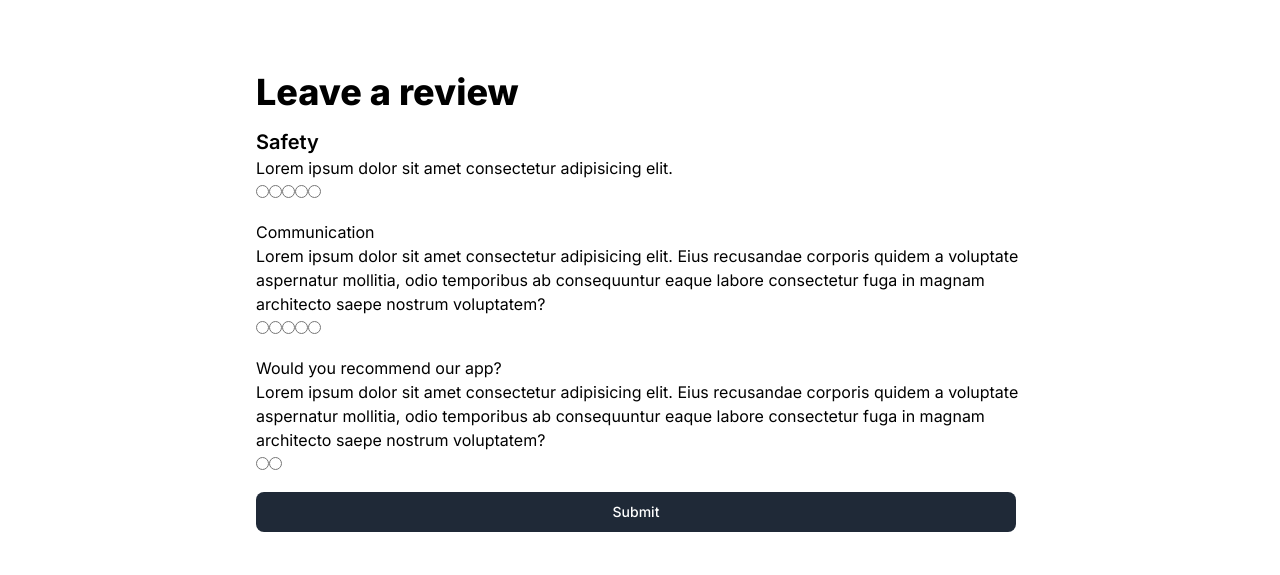
Repository: akankshaajoshi/review-form
Page: /review
These files come from the project's save history. The page is drawn as it stood at one moment and after the next save; the edit follows.
The browser window is 1280 px wide. The pictures show the whole page.
The project was rebuilt for these pictures with package versions that can differ from the ones it lists, and the page was loaded fresh each time. The framework's server and built-in components were replaced by stand-ins that run in the browser. Also part of the build but not shown: next.config.mjs.

Above is the page before, as saved 2024-05-25 12:34:48.

### app/(routes)/review/page.tsx
'use client'
import { useFormState, useFormStatus } from "react-dom";
import {createReview} from "@/app/actions"

const initialState = {
    message: null,
}

function SubmitButton(){
    const {pending} = useFormStatus();
    return (
        <button type="submit" className="text-white bg-gray-800 hover:bg-gray-900 focus:outline-none focus:ring-4 focus:ring-gray-300 font-medium rounded-lg text-sm px-5 py-2.5 me-2 mb-2 dark:bg-gray-800 dark:hover:bg-gray-700 dark:focus:ring-gray-700 dark:border-gray-700" aria-disabled={pending}>
            Submit
        </button>
    )
}

export default function Review(){
    const ratings = [1, 2, 3, 4, 5];
    const [state, formAction] = useFormState(createReview, initialState);
    return (
        <div className="flex flex-col items-center w-[100vw] h-[100vh]">
            <div className="flex flex-col gap-y-4 items-left mt-[10vh] h-[80vh] w-[60vw]">
            <h2 className="text-4xl font-extrabold">Leave a review</h2>
            {state?.message}
            <form action={formAction} className="flex flex-col gap-y-4">
                <fieldset>
                    <label htmlFor="safety" className="text-xl font-semibold">Safety</label>
                    <p>Lorem ipsum dolor sit amet consectetur adipisicing elit. </p>
                    {ratings.map((item, index) =>{
                        return (
                            <input key={index} type="radio" name="safety" id={item.toString()} value={item}/>
                        )
                    })}
                </fieldset>
                <fieldset>
                    <label htmlFor="communication">Communication</label>
                    <p>Lorem ipsum dolor sit amet consectetur adipisicing elit. Eius recusandae corporis quidem a voluptate aspernatur mollitia, odio temporibus ab consequuntur eaque labore consectetur fuga in magnam architecto saepe nostrum voluptatem?</p>
                    {ratings.map((item, index) =>{
                        return (
                            <input key={index} type="radio" name="communication" id={item.toString()} value={item}/>
                        )
                    })}
                </fieldset>
                <fieldset>
                    <label htmlFor="recommend">Would you recommend our app? </label>
                    <p>Lorem ipsum dolor sit amet consectetur adipisicing elit. Eius recusandae corporis quidem a voluptate aspernatur mollitia, odio temporibus ab consequuntur eaque labore consectetur fuga in magnam architecto saepe nostrum voluptatem?</p>
                    <input type="radio" name="recommend" id="true" value="true" />
                    <input type="radio" name="recommend" id="false" value="false"/>
                </fieldset>
                <SubmitButton/>
            </form>
            </div>
        </div>
    )
}

### app/actions.tsx
'use server'

import {revalidatePath} from "next/cache";
import {sql} from "@vercel/postgres"
import {z} from 'zod'
// CREATE TABLE reviews (
//     id SERIAL PRIMARY KEY,
//      safety INTEGER NOT NULL,
//     communication INTEGER NOT NULL,
//      recommend VARCHAR(5) NOT NULL );
export async function createReview(prevState: {message: string}, formData: FormData){

    const schema = z.object({
        safety: z.number(),
        communication: z.number(),
        recommend: z.string(),
    })
    const parse = schema.safeParse({
        safety: Number(formData.get('safety')),
        communication: Number(formData.get('communication')),
        recommend: formData.get('recommend'),
    })

    if (!parse.success) {
        console.log("incorrect parse")
        return { message: "Failed to create todo" };
      }

    const data = parse.data

    try{
        await sql`
        INSERT INTO reviews(safety, communication, recommend) VALUES (${data.safety}, ${data.communication}, ${data.recommend})
        `
        // revalidatePath('/reviews/' )
        return {message: `Added review successfully.`}
    }catch(err){
        console.log(err)
        return {message: `Failed to add review.`}
    }
}

Loaded but not shown: app/layout.tsx (common file); app/globals.css (common file); tailwind.config.ts (common file)

After the next save:
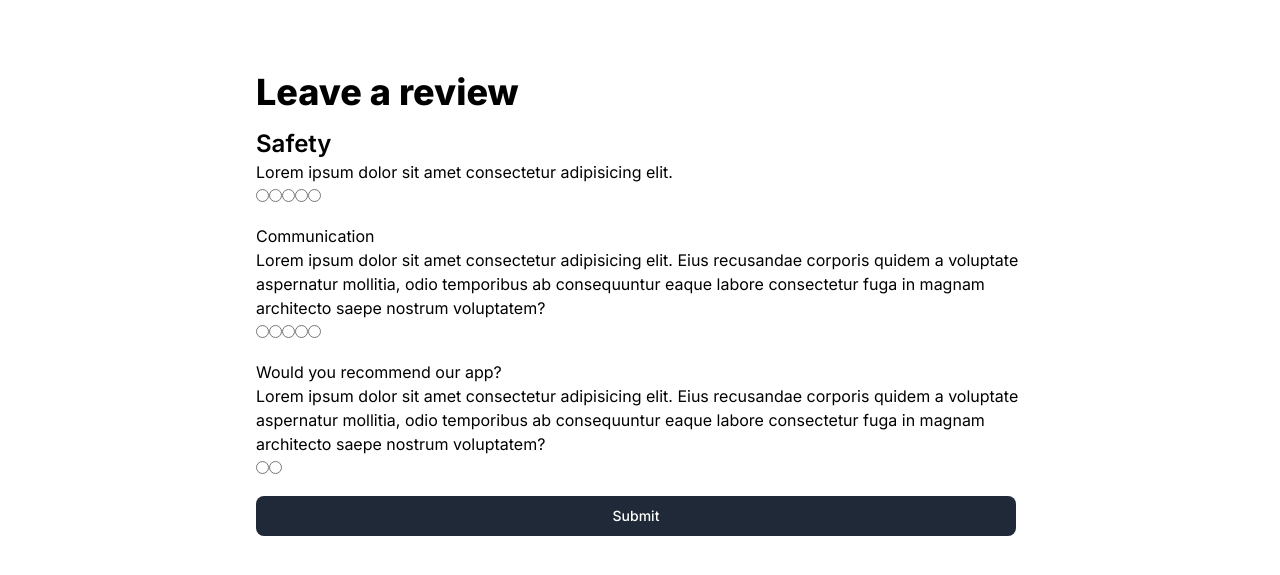
Saved 7 s later.
--- a/app/(routes)/review/page.tsx
+++ b/app/(routes)/review/page.tsx
@@ -25,7 +25,7 @@ export default function Review(){
             {state?.message}
             <form action={formAction} className="flex flex-col gap-y-4">
                 <fieldset>
-                    <label htmlFor="safety" className="text-xl font-semibold">Safety</label>
+                    <label htmlFor="safety" className="text-2xl font-semibold">Safety</label>
                     <p>Lorem ipsum dolor sit amet consectetur adipisicing elit. </p>
                     {ratings.map((item, index) =>{
                         return (
